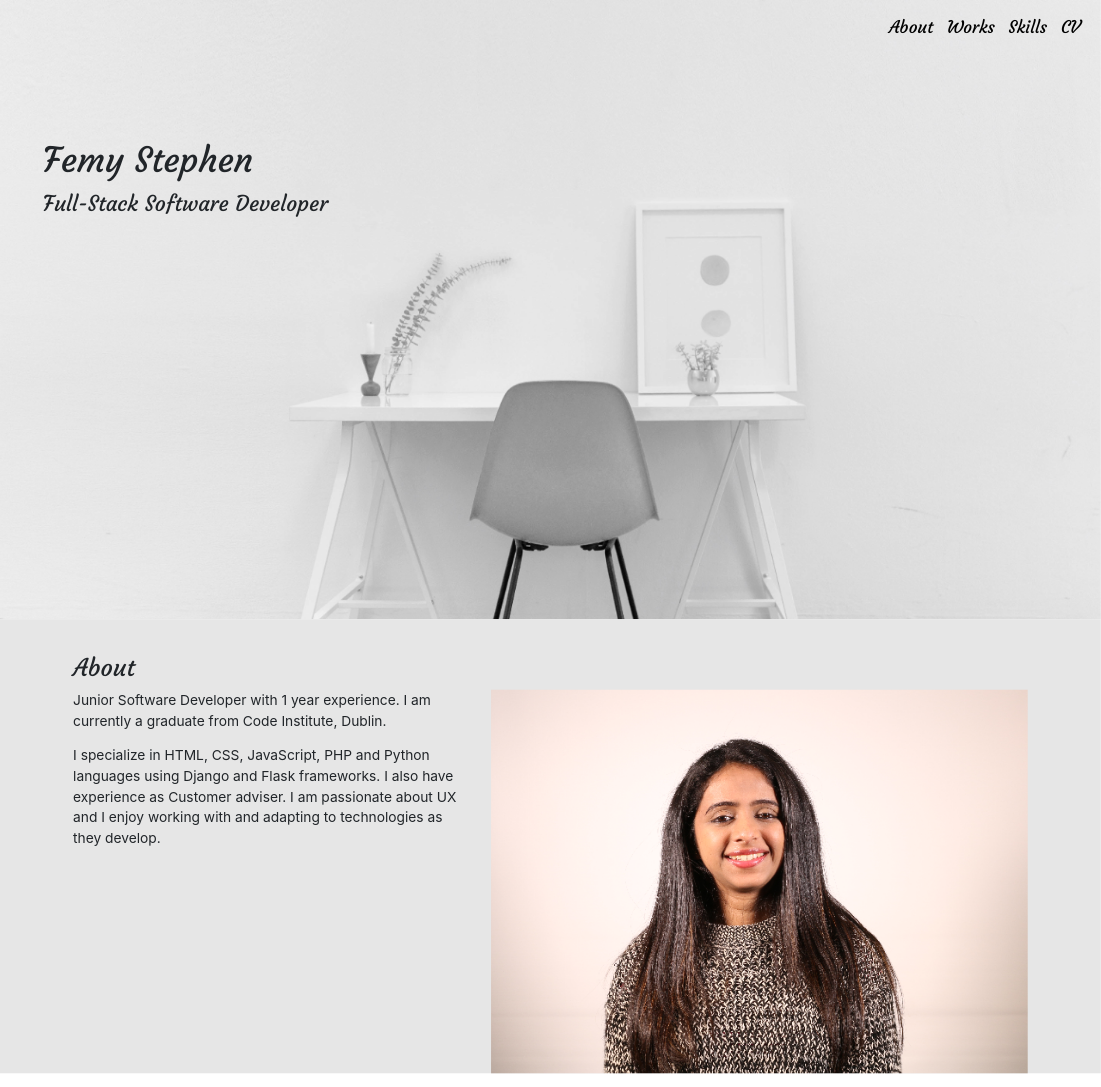
Repository: femy16/FemyStephen
Page: index.html
The author's editor kept a record of every edit. The page is drawn from the files as they stood at one moment, then again after the next edit.
The browser window is 1280 px wide. The pictures show the whole page, at 86% of full size.
Backgrounds fixed to the window are drawn as part of the page. Some web libraries are served in a nearby version.

Above is the page before.
Not found: hover.css

### index.html
<!DOCTYPE html>
<html lang="en">

<head>
    <meta charset="UTF-8">
    <meta name="viewport" content="width=device-width, initial-scale=1.0">
    <meta http-equiv="X-UA-Compatible" content="ie=edge">
    <link href="https://fonts.googleapis.com/css?family=Courgette|Kaushan+Script" rel="stylesheet">
    <link rel="stylesheet" href="https://use.fontawesome.com/releases/v5.3.1/css/all.css" integrity="sha384-mzrmE5qonljUremFsqc01SB46JvROS7bZs3IO2EmfFsd15uHvIt+Y8vEf7N7fWAU" crossorigin="anonymous">
    <link rel="stylesheet" href="hover.css" type="text/css" />
    <link rel="stylesheet" href="https://maxcdn.bootstrapcdn.com/bootstrap/4.0.0/css/bootstrap.min.css" integrity="sha384-Gn5384xqQ1aoWXA+058RXPxPg6fy4IWvTNh0E263XmFcJlSAwiGgFAW/dAiS6JXm" crossorigin="anonymous">
    <link rel="stylesheet" href="style.css" type="text/css" />
    <link href="https://fonts.googleapis.com/css?family=Montserrat" rel="stylesheet">
    <title>Femy Stephen</title>
</head>

<body>
    <header id="landing-view">


        <nav class="navbar navbar-expand-md navbar-masthead navbar-default navbar-fixed-top">
            <div class="container topmenu">


                <button class="navbar-toggler" type="button" data-toggle="collapse" data-target="#collapsibleNavbar">
    <span class="fa fa-bars" ></span>
  </button>
            </div>
            <div class="collapse navbar-collapse" id="collapsibleNavbar">
                <ul class="navbar-nav">
                    <li class="nav-item">
                        <a class="nav-link" href="#about">About</a>
                    </li>
                    <li class="nav-item">
                        <a class="nav-link" href="services.html">Works</a>
                    </li>
                    <li class="nav-item">
                        <a class="nav-link" href="products.html">Skills</a>
                    </li>
                    <li class="nav-item">
                        <a class="nav-link" href="contac_us.html">CV</a>
                    </li>
                </ul>
            </div>
        </nav>
        <div class="headercontainer">
            <h1 class="name">Femy Stephen</h1>
            <p class="title">Full-Stack Software Developer</p>

        </div>

    </header>
    <!--<div class="spacer"></div>-->
    <main>
        <div id="about">
            <div class="container">
                <h3 class="abouthead">About</h3>
                <div class="row">
                    <p>
                        <div class="col">
                            <p>Junior Software Developer with 1 year experience. I am currently a graduate from Code Institute, Dublin.</p>
                            <p>I specialize in HTML, CSS, JavaScript, PHP and Python languages using Django and Flask frameworks. I also have experience as Customer adviser. I am passionate about UX and I enjoy working with and adapting to technologies as
                                they develop.</p>
                        </div>
                        <div class="col"><img src="images/fmimg.JPG"></div>
                </div>
                </p>
            </div>
        </div>

    </main>

    <footer>

    </footer>



    <script src="https://code.jquery.com/jquery-3.2.1.slim.min.js" integrity="sha384-KJ3o2DKtIkvYIK3UENzmM7KCkRr/rE9/Qpg6aAZGJwFDMVNA/GpGFF93hXpG5KkN" crossorigin="anonymous"></script>
    <script src="https://cdnjs.cloudflare.com/ajax/libs/popper.js/1.12.9/umd/popper.min.js" integrity="sha384-ApNbgh9B+Y1QKtv3Rn7W3mgPxhU9K/ScQsAP7hUibX39j7fakFPskvXusvfa0b4Q" crossorigin="anonymous"></script>
    <script src="https://maxcdn.bootstrapcdn.com/bootstrap/4.0.0/js/bootstrap.min.js" integrity="sha384-JZR6Spejh4U02d8jOt6vLEHfe/JQGiRRSQQxSfFWpi1MquVdAyjUar5+76PVCmYl" crossorigin="anonymous"></script>
</body>

</html>

### style.css
.navbar {
    background-color: transparent;
    text-align:right;

}

.navbar-fixed-top .container {

    text-align: right;
    margin-right: 1%;
    margin-top: 1%;

}
#landing-view {
    background-attachment: fixed;
    background-image: url('images/landing.jpg');
    background-position: bottom;
    background-size: cover;
    height: 100vh;
    width: 100vw;
    margin-bottom: 0px;
    z-index: 1;
}

body{

    /*background-color: #fdfdfd;*/
    width: 100%;
}


/*.spacer {*/
/*    width: 100%;*/
/*    height: 170px;*/
/*}*/


.nav-link {
    font-family: 'Courgette', cursive;
    font-size: 20px;
    color: black;
    padding-left: 40px;
    padding-right: 40px;
}

/*.nav-item {*/
/*    display: inline-block;*/
/*    padding: 10px;*/
/*    padding-left: 40px;*/
/*    padding-right: 40px;*/
/*}*/
.headercontainer{
    margin-top:100px;
   padding-left: 50px;
   font-family: 'Courgette', cursive;

}
.title{
    font-size:25px;

}
.name{
    font-size:40px;
}
#about{
    background-color: #e6e6e6;
}
.abouthead{
    padding-top:40px;
    font-family: 'Courgette', cursive;
}
.discri{
    margin-top:50px;
    font-family: 'Montserrat', sans-serif;
    font-size: 20px;
}

After the next edit:
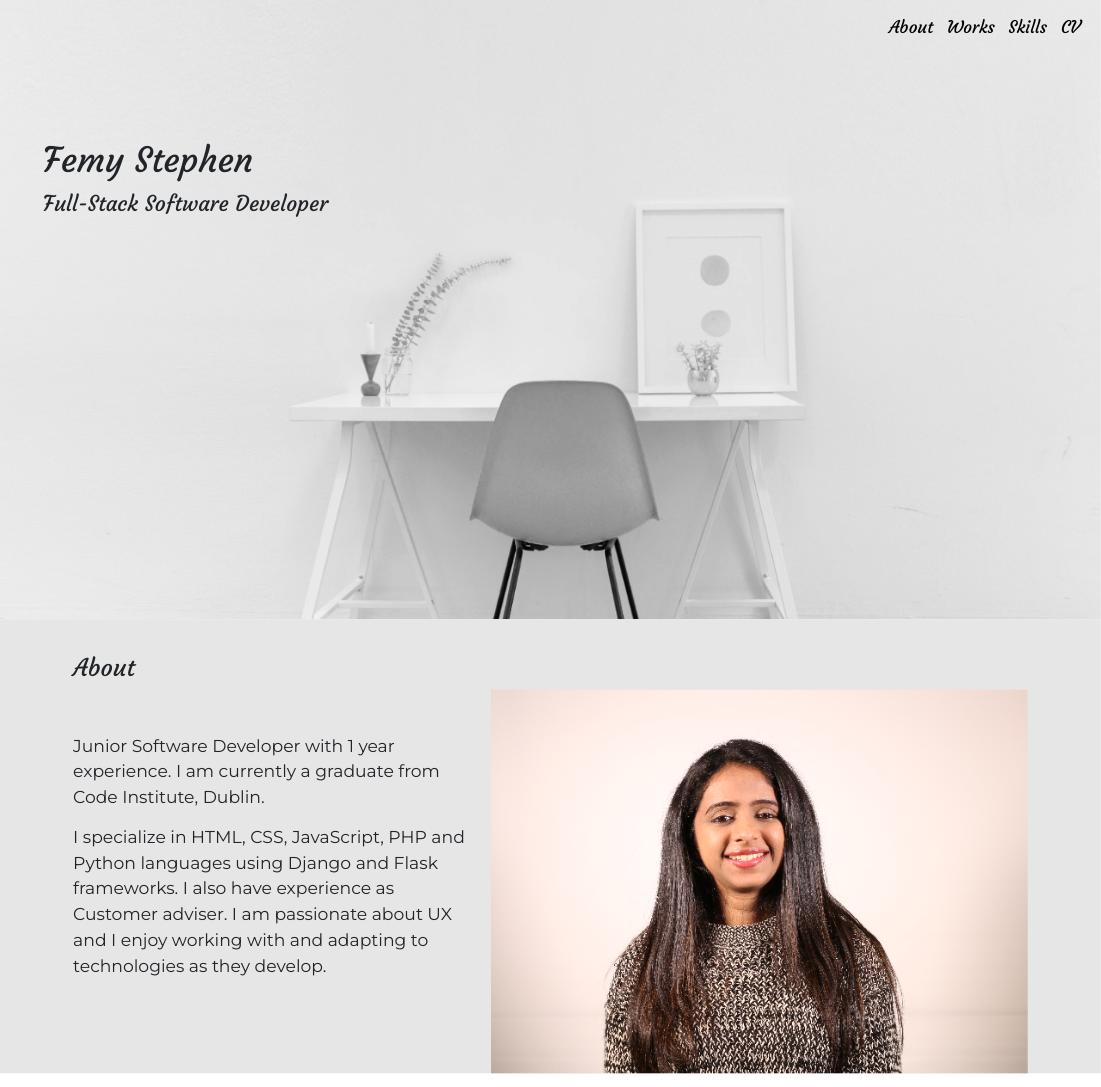
The edit:
--- a/index.html
+++ b/index.html
@@ -57,7 +57,7 @@
                 <h3 class="abouthead">About</h3>
                 <div class="row">
                     <p>
-                        <div class="col">
+                        <div class="col discri">
                             <p>Junior Software Developer with 1 year experience. I am currently a graduate from Code Institute, Dublin.</p>
                             <p>I specialize in HTML, CSS, JavaScript, PHP and Python languages using Django and Flask frameworks. I also have experience as Customer adviser. I am passionate about UX and I enjoy working with and adapting to technologies as
                                 they develop.</p>
